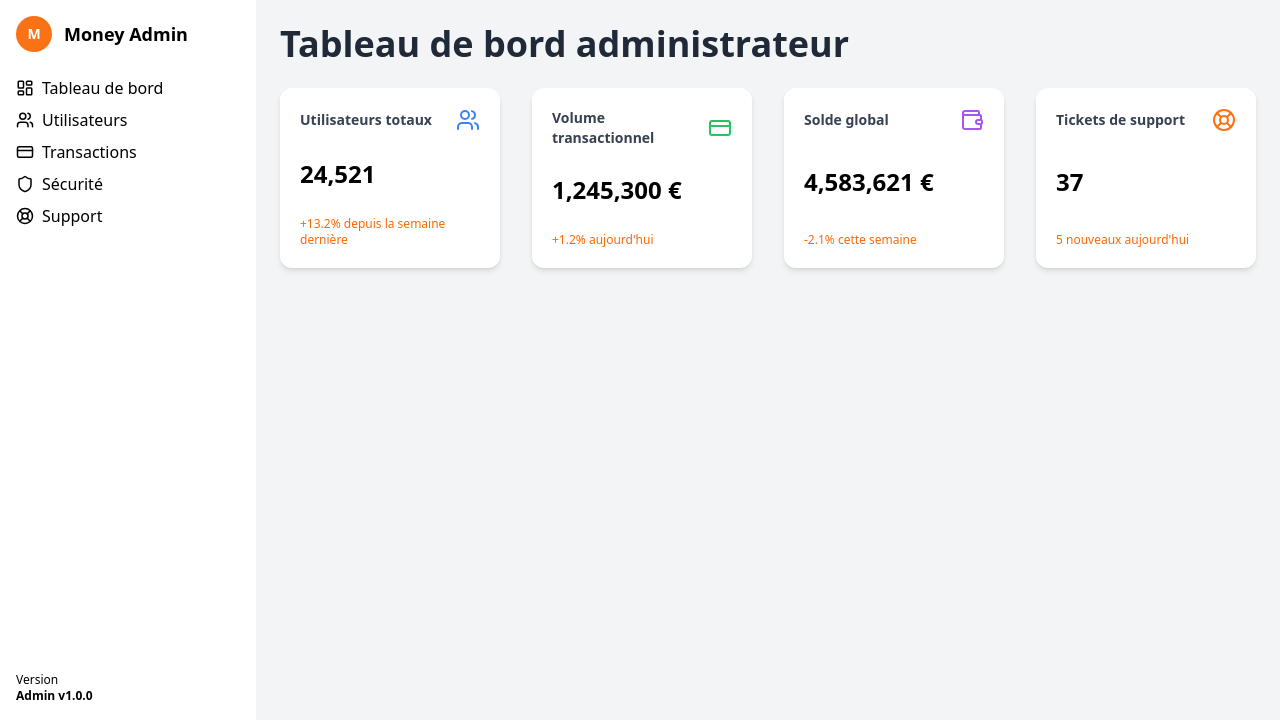
Repository: Edongo999/Dashboard
Page: /
An editor plug-in stored every save of this project. The page is shown before and after the next save, followed by the edit.
The browser window is 1280 px wide. The pictures show the whole page.
The project was rebuilt for these pictures with package versions that can differ from the ones it lists, and the page was loaded fresh each time. Also part of the build but not shown: vite.config.ts.

Above is the page before, as saved 2025-10-13 13:41:41.

### index.html
<!doctype html>
<html lang="en">
  <head>
    <meta charset="UTF-8" />
    <link rel="icon" type="image/svg+xml" href="/vite.svg" />
    <meta name="viewport" content="width=device-width, initial-scale=1.0" />
    <title>mon_dashboard</title>
  </head>
  <body>
    <div id="root"></div>
    <script type="module" src="/src/main.tsx"></script>
  </body>
</html>

### src/App.tsx
import Sidebar from "./components/Sidebar"
import StatBlock from "./components/StatBlock"
import { Users, CreditCard, Wallet, LifeBuoy } from "lucide-react"

const App = () => {
  const kpis = [
    {
      title: "Utilisateurs totaux",
      value: "24,521",
      subtext: "+13.2% depuis la semaine dernière",
      icon: <Users />,
      iconColor: "text-blue-500"
    },
    {
      title: "Volume transactionnel",
      value: "1,245,300 €",
      subtext: "+1.2% aujourd'hui",
      icon: <CreditCard />,
      iconColor: "text-green-500"
    },
    {
      title: "Solde global",
      value: "4,583,621 €",
      subtext: "-2.1% cette semaine",
      icon: <Wallet />,
      iconColor: "text-purple-500"
    },
    {
      title: "Tickets de support",
      value: "37",
      subtext: "5 nouveaux aujourd'hui",
      icon: <LifeBuoy />,
      iconColor: "text-orange-500"
    }
  ]

  return (
    <div className="flex min-h-screen">
      <Sidebar />
      <main
        className="flex-1 overflow-auto p-6"
        style={{ backgroundColor: "#F3F4F6" }}
      >
        <h1
          className="text-4xl font-bold mb-6"
          style={{ color: "#1F2937" }}
        >
          Tableau de bord administrateur
        </h1>

        {/* Cartes KPI bien espacées */}
        <div className="flex flex-wrap gap-x-8 gap-y-6 mb-6">
          {kpis.map((kpi, i) => (
            <StatBlock key={i} {...kpi} />
          ))}
        </div>
      </main>
    </div>
  )
}

export default App

### src/components/Sidebar.tsx
import {
  LayoutDashboard,
  Users,
  CreditCard,
  Shield,
  LifeBuoy
} from "lucide-react"

const Sidebar = () => {
  return (
    <aside
      className="w-64 h-screen bg-neutral text-neutral-content flex flex-col justify-between p-4"
      style={{ opacity: 1 }}
    >
      {/* Haut : logo + menu */}
      <div>
        <div className="flex items-center gap-3 mb-6">
          <div className="bg-orange-500 text-white rounded-full w-9 h-9 flex items-center justify-center font-bold text-sm shrink-0">
            M
          </div>
          <span className="text-lg font-semibold whitespace-nowrap">Money Admin</span>
        </div>

        <ul className="menu space-y-2">
          <li><a className="flex items-center gap-2"><LayoutDashboard size={18} />Tableau de bord</a></li>
          <li><a className="flex items-center gap-2"><Users size={18} />Utilisateurs</a></li>
          <li><a className="flex items-center gap-2"><CreditCard size={18} />Transactions</a></li>
          <li><a className="flex items-center gap-2"><Shield size={18} />Sécurité</a></li>
          <li><a className="flex items-center gap-2"><LifeBuoy size={18} />Support</a></li>
        </ul>
      </div>

      {/* Bas : version */}
      <div className="text-xs text-neutral-content/70 mt-6">
        Version<br />
        <span className="font-semibold">Admin v1.0.0</span>
      </div>
    </aside>
  )
}

export default Sidebar

### src/components/StatBlock.tsx
type StatBlockProps = {
  title: string
  value: string
  subtext: string
  icon: React.ReactNode
  iconColor: string
}

const StatBlock = ({ title, value, subtext, icon, iconColor }: StatBlockProps) => {
  return (
    <div
      className="bg-white shadow-md p-5 rounded-[12px] flex flex-col justify-between"
      style={{ width: "220px", height: "180px", opacity: 1 }}
    >
      <div className="flex justify-between items-center">
        <h3 className="text-sm font-semibold text-gray-700">{title}</h3>
        <div className={`text-xl ${iconColor}`}>{icon}</div>
      </div>
      <p className="text-2xl font-bold mt-2 text-black">{value}</p>
      <p className="text-xs mt-2 text-[#FF6600] font-medium">{subtext}</p>
    </div>
  )
}

export default StatBlock

### tailwind.config.js
/** @type {import('tailwindcss').Config} */
module.exports = {
  content: ["./src/**/*.{js,jsx,ts,tsx}"],
  theme: { extend: {} },
  plugins: [require("daisyui")],
  daisyui: {
    themes: [
      {
        mytheme: {
          "primary": "#570df8",
          "secondary": "#f000b8",
          "accent": "#37cdbe",
          "neutral": "#3d4451",
          "base-100": "#F3F4F6", // <-- couleur de fond principale pour tout le dashboard
          "base-200": "#e5e7eb", // pour cartes ou sections légèrement plus foncées
          "base-300": "#d1d5db", // pour éléments encadrés
          "base-content": "#111827", // couleur du texte principal
          "info": "#3ABFF8",
          "success": "#36D399",
          "warning": "#FBBD23",
          "error": "#F87272",
        },
      },
    ],
  },
};

Loaded but not shown: src/main.tsx (common file); src/index.css (common file)

After the next save:
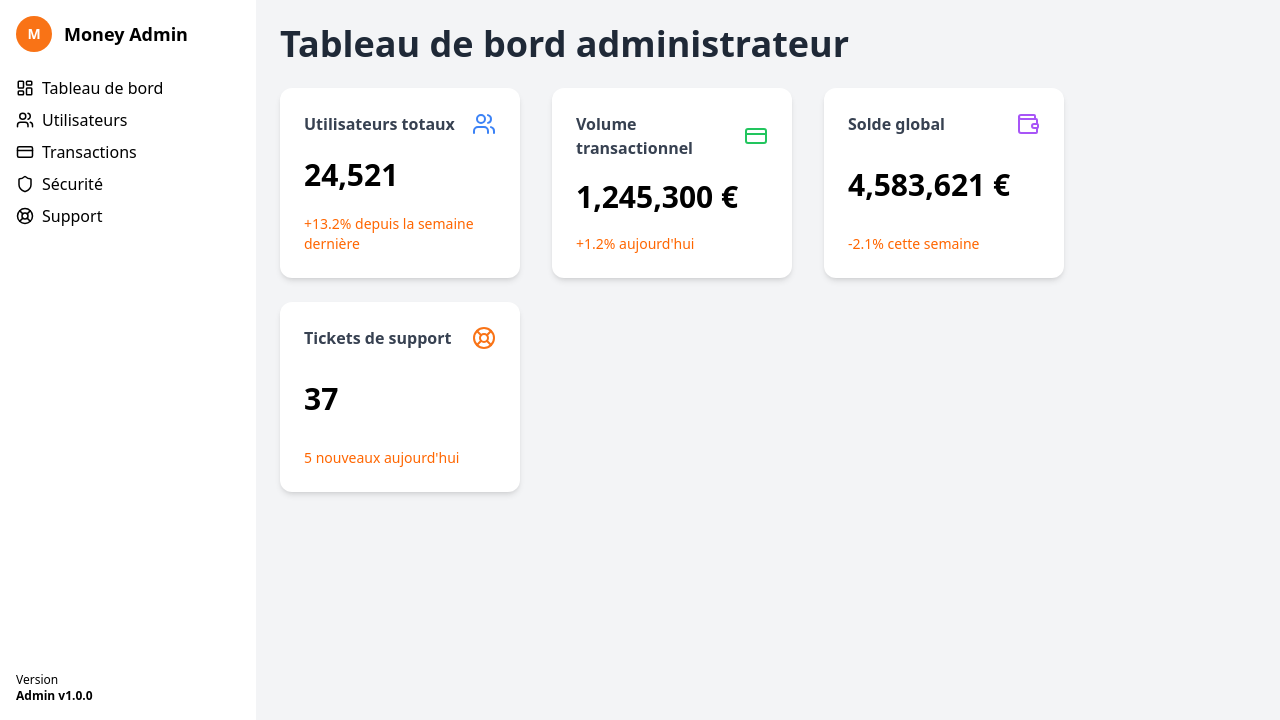
Saved 2 min 3 s later.
--- a/src/components/StatBlock.tsx
+++ b/src/components/StatBlock.tsx
@@ -9,15 +9,15 @@ type StatBlockProps = {
 const StatBlock = ({ title, value, subtext, icon, iconColor }: StatBlockProps) => {
   return (
     <div
-      className="bg-white shadow-md p-5 rounded-[12px] flex flex-col justify-between"
-      style={{ width: "220px", height: "180px", opacity: 1 }}
+      className="bg-white shadow-md p-6 rounded-[12px] flex flex-col justify-between"
+      style={{ width: "240px", height: "190px", opacity: 1 }}
     >
       <div className="flex justify-between items-center">
-        <h3 className="text-sm font-semibold text-gray-700">{title}</h3>
-        <div className={`text-xl ${iconColor}`}>{icon}</div>
+        <h3 className="text-base font-semibold text-gray-700">{title}</h3>
+        <div className={`text-2xl ${iconColor}`}>{icon}</div>
       </div>
-      <p className="text-2xl font-bold mt-2 text-black">{value}</p>
-      <p className="text-xs mt-2 text-[#FF6600] font-medium">{subtext}</p>
+      <p className="text-3xl font-bold mt-2 text-black">{value}</p>
+      <p className="text-sm mt-2 text-[#FF6600] font-medium">{subtext}</p>
     </div>
   )
 }
